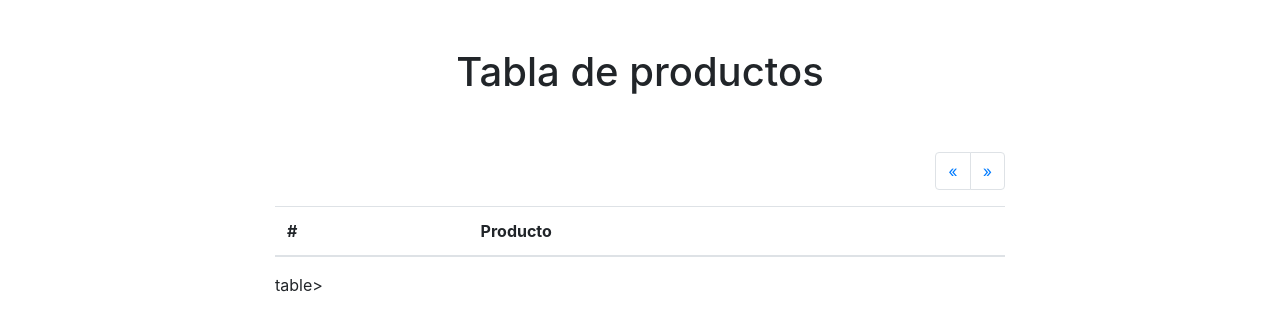
Repository: pedro-donoso/tabla-paginada
Page: index.html
An editor plug-in stored every save of this project. The page is shown before and after the next save, followed by the edit.
The browser window is 1280 px wide. The pictures show the whole page.

Above is the page before, as saved 2024-02-06 16:47:44.

After the next save:
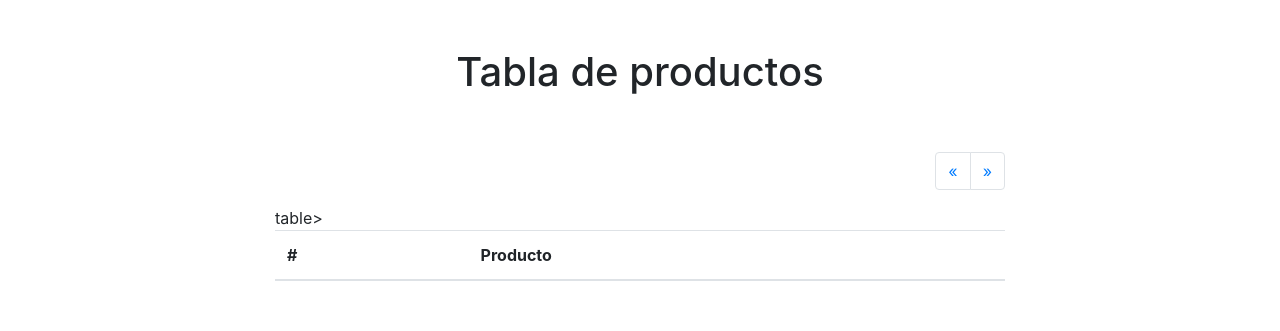
Saved 7 s later.
--- a/index.html
+++ b/index.html
@@ -47,12 +47,12 @@
                             <th scope="col">Producto</th>
                         </tr>
                     </thead>
-
+ </tbody>table>
                 </table>
 
 
 
-                </tbody>table>
+
                 <id="cuerpo-tabla">
 
             </div>

After the 2 saves that followed:
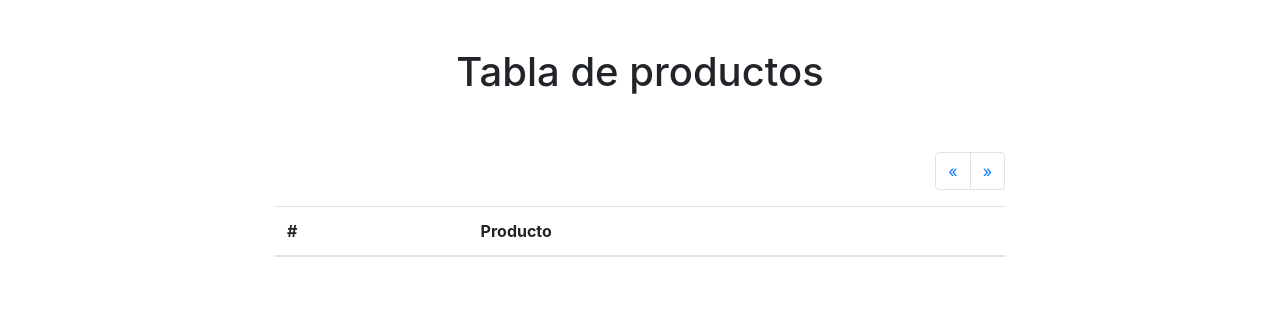
The 2 saves are shown as one change because 1 left the picture as it was.
The last was saved 19 s later.
--- a/index.html
+++ b/index.html
@@ -47,7 +47,7 @@
                             <th scope="col">Producto</th>
                         </tr>
                     </thead>
- </tbody>table>
+                    </tbody>
                 </table>
 
 
